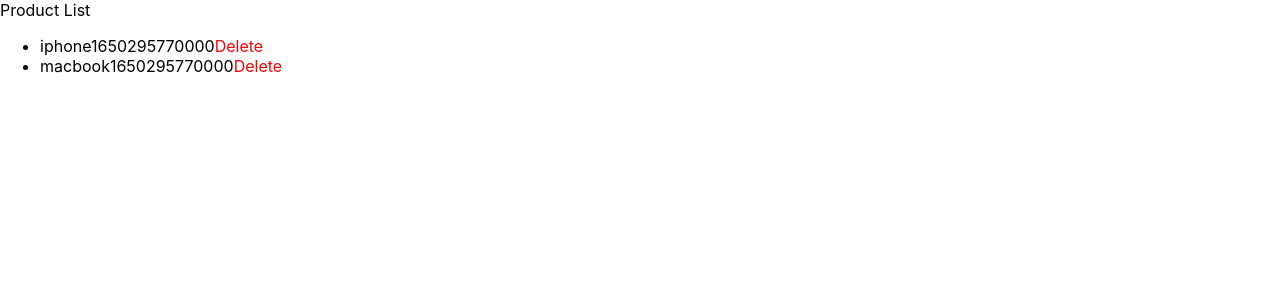
Repository: truongnguyen0868795985/react-simple-demo
Page: /
An editor plug-in stored every save of this project. The page is shown before and after the next save, followed by the edit.
The browser window is 1280 px wide. The pictures show the whole page.
The project was rebuilt for these pictures with package versions that can differ from the ones it lists, and the page was loaded fresh each time. Also part of the build but not shown: src/App.css.

Above is the page before, as saved 2022-04-18 15:51:29.

After the next save:
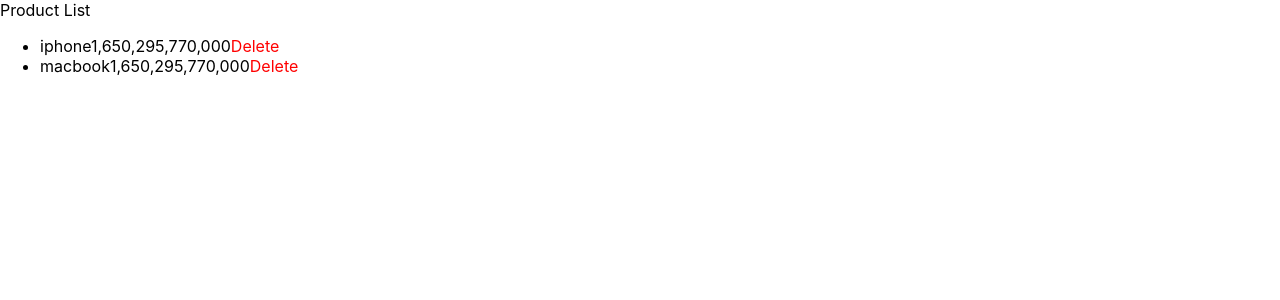
Saved 18 s later.
--- a/src/App.jsx
+++ b/src/App.jsx
@@ -4,8 +4,8 @@
 
 function App() {
   const [productList, setProductList] = useState([
-    { id: 1, name: "iphone", date: Date.now().toString() },
-    { id: 2, name: "macbook", date: Date.now().toString() },
+    { id: 1, name: "iphone", date: Date.now().toLocaleString() },
+    { id: 2, name: "macbook", date: Date.now().toLocaleString() },
   ]);
 
   const handleOnDeleteButtonClick = (name) => {
